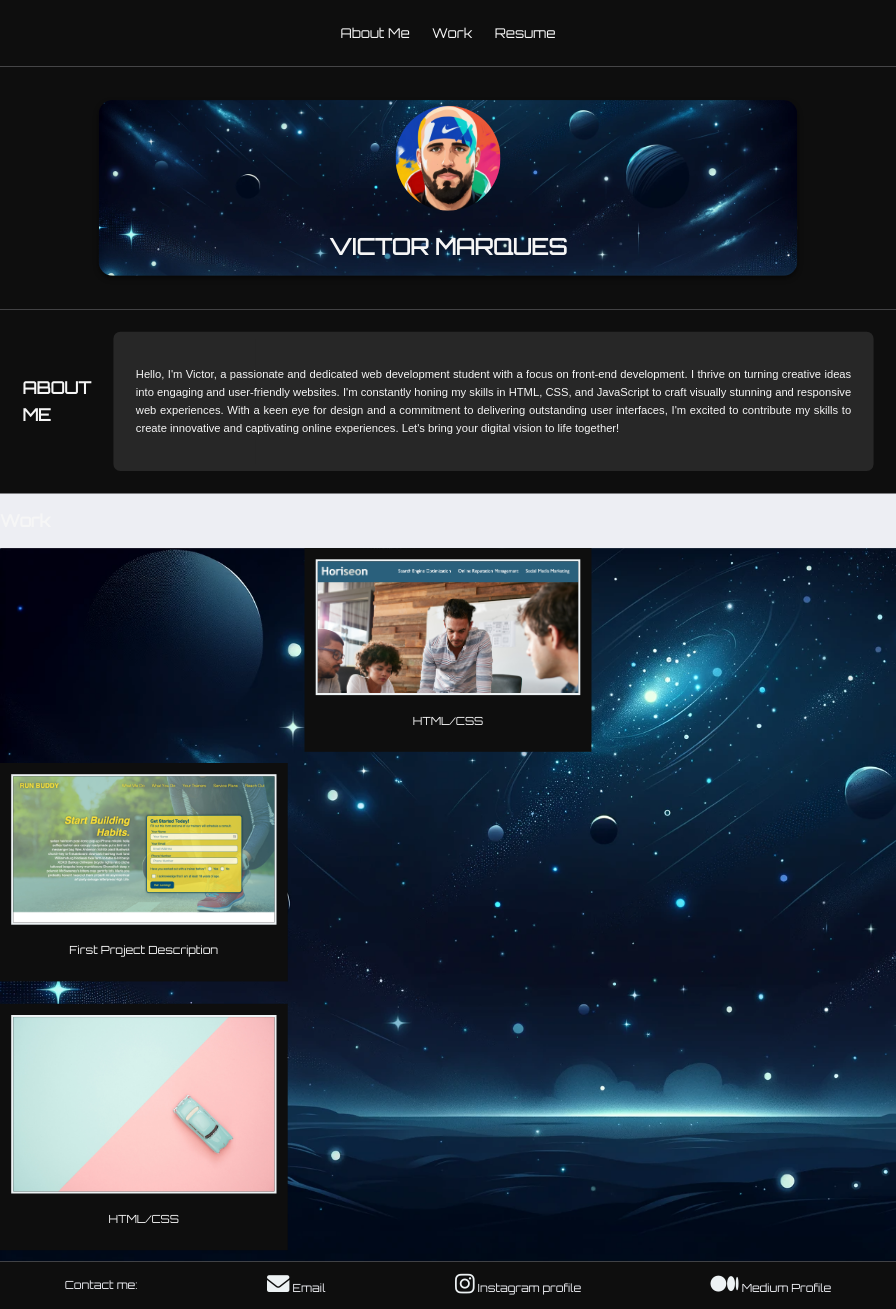
Repository: uvee35/Challenge2-Victor
Page: index.html
These files come from the project's save history. The page is drawn as it stood at one moment and after the next save; the edit follows.
The browser window is 1280 px wide. The pictures show the whole page, at 70% of full size.

Above is the page before, as saved 2023-12-12 21:13:41.

After the next save:
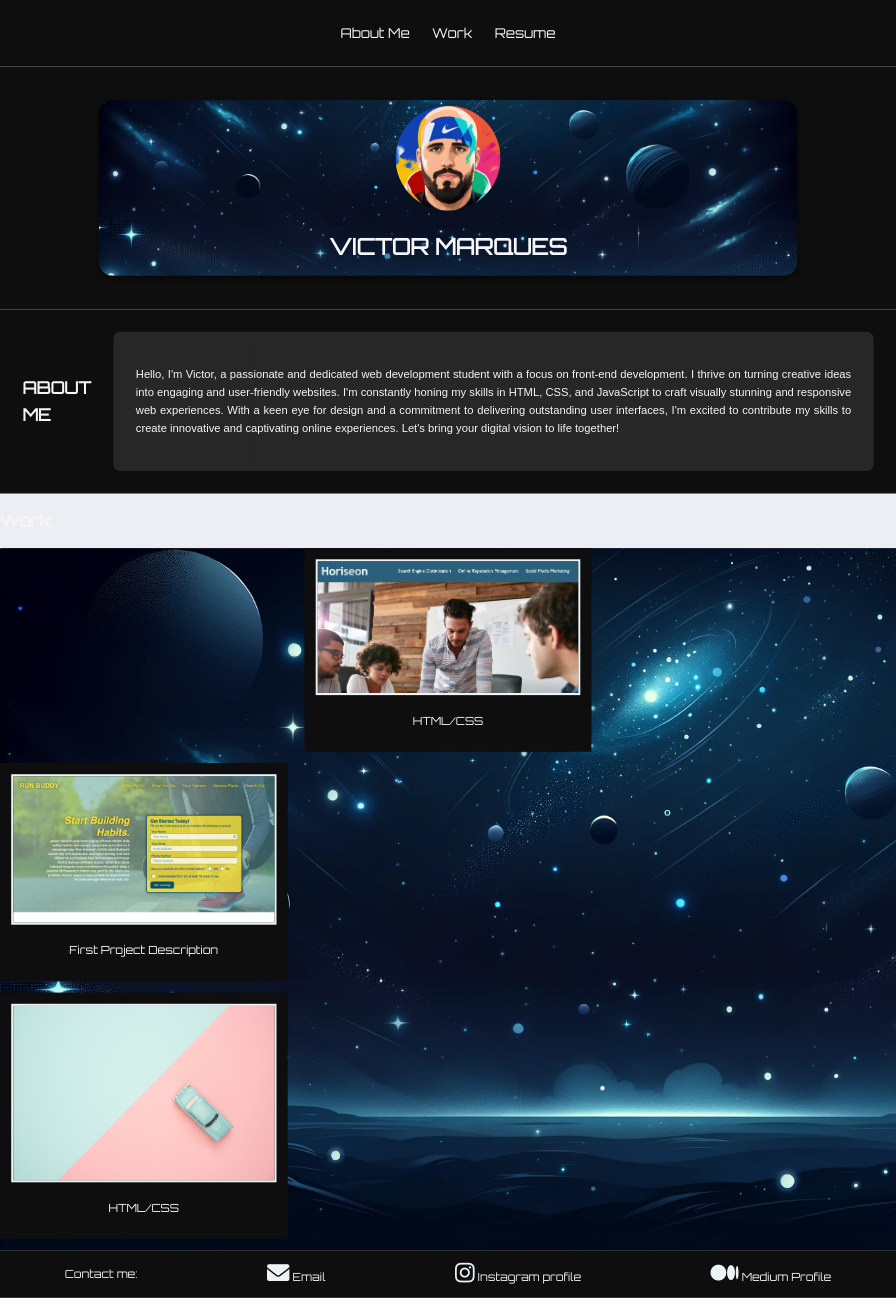
Saved 62 s later.
--- a/index.html
+++ b/index.html
@@ -70,7 +70,8 @@
             <p class="project-description">HTML/CSS</p>
           </div>
           <!-- Two projects underneath -->
-          <div class="project">
+          <div class="project-row">
+            <div class="project">
             <img
               src="./assets/02-run-buddy.jpg"
               alt="First Project Description"
